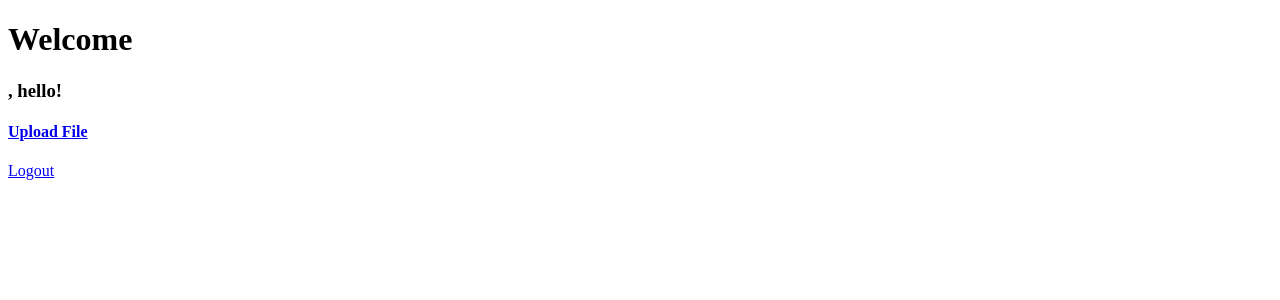
Repository: SvetlanaK367/TrainingJAVA
Page: http://localhost/FinalProject/jsp/main.jsp
These files come from the project's save history. The page is drawn as it stood at one moment and after the next save; the edit follows.
The browser window is 1280 px wide. The pictures show the whole page.
The page is served by Tomcat 9. Other server files are loaded and not shown.

Above is the page before, as saved 2017-04-02 18:31:07.

### FinalProject/WebContent/jsp/main.jsp
<%@ page language="java" contentType="text/html; charset=UTF-8"
    pageEncoding="UTF-8"%>
<!DOCTYPE html PUBLIC "-//W3C//DTD HTML 4.01 Transitional//EN" "http://www.w3.org/TR/html4/loose.dtd">
<html>
<head>
<meta http-equiv="Content-Type" content="text/html; charset=UTF-8">
<title>Welcome</title>
</head>
<body>
	<h1>Welcome</h1>
		<h3> ${user}, hello!</h3>

	<p style="color:green"><h4><a href="/jsp/fileUpload.jsp"/> Upload File</a></h4></p>
	<p style="color:red"><a href="controller?command=logout">Logout</a></p>
</body>
</html>

After the next save:
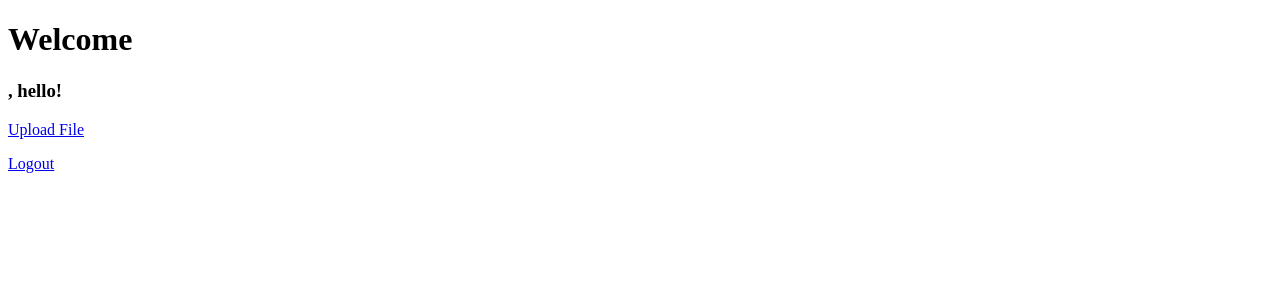
Saved 2 min 18 s later.
--- a/FinalProject/WebContent/jsp/main.jsp
+++ b/FinalProject/WebContent/jsp/main.jsp
@@ -10,7 +10,7 @@
 	<h1>Welcome</h1>
 		<h3> ${user}, hello!</h3>
 
-	<p style="color:green"><h4><a href="/jsp/fileUpload.jsp"/> Upload File</a></h4></p>
+	<p style="color:green"><a href="/jsp/fileUpload.jsp">Upload File</a></p>
 	<p style="color:red"><a href="controller?command=logout">Logout</a></p>
 </body>
 </html>
